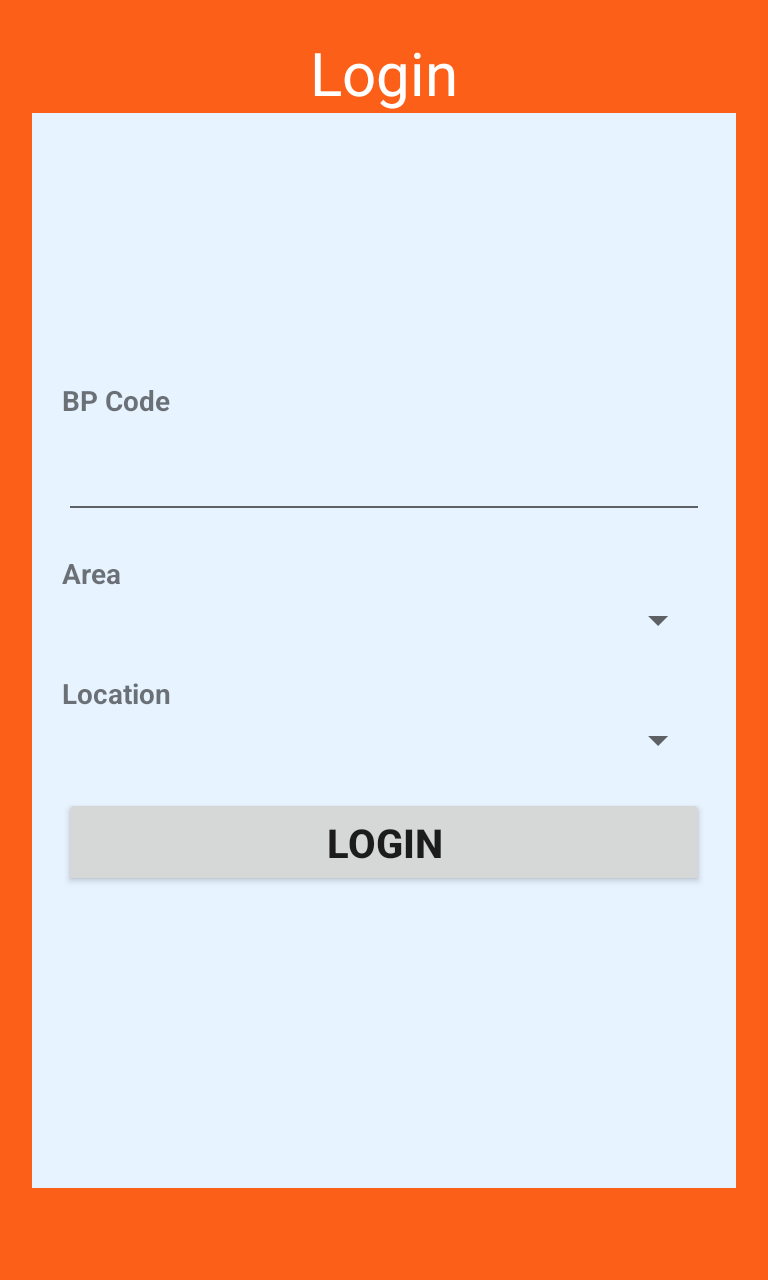
Repository: MushfiqurRahman/BLink3gApp
Layout: 3gExperience/res/layout/fragment_login.xml
The author's editor kept a copy of each file at every save. The layout is drawn from the files as they stood at one save, then again after the next save.
It is drawn on a 768 x 1280 px phone screen (xhdpi) without system bars, with theme AppTheme; the app's code is not run.

Above is the layout before, as saved 2014-05-20 17:38:48.

### 3gExperience/res/layout/fragment_login.xml
<RelativeLayout xmlns:android="http://schemas.android.com/apk/res/android"
    xmlns:tools="http://schemas.android.com/tools"
    android:layout_width="match_parent"
    android:layout_height="match_parent"
    android:paddingBottom="@dimen/activity_vertical_margin"
    android:paddingLeft="@dimen/activity_horizontal_margin"
    android:paddingRight="@dimen/activity_horizontal_margin"
    android:paddingTop="@dimen/activity_vertical_margin"
    android:background="#FC6018"
    tools:context="com.example.gexperience.LoginActivity$PlaceholderFragment" >

    <RelativeLayout
        android:id="@+id/topMain"
        android:layout_width="fill_parent"
        android:layout_height="wrap_content" >

        <TextView
            android:layout_width="wrap_content"
            android:layout_height="wrap_content"
            android:layout_centerInParent="true"
            android:layout_marginLeft="5dip"
            android:text="Login"
            android:textColor="#ffffff"
            android:textSize="30sp" />
    </RelativeLayout>

    <LinearLayout
        android:id="@+id/LinearBottom"
        android:layout_width="fill_parent"
        android:layout_height="30dp"
        android:layout_alignParentBottom="true"
        android:gravity="bottom"
        android:orientation="vertical" >
    </LinearLayout>

    <LinearLayout
        android:id="@+id/layout_login_form"
        android:layout_width="match_parent"
        android:layout_height="match_parent"
        android:layout_above="@id/LinearBottom"
        android:layout_below="@id/topMain"
        android:background="#E7F3FF"
        android:gravity="center"
        android:orientation="vertical"
        android:paddingLeft="15dp"
        android:paddingRight="15dp" >

        <LinearLayout
            android:layout_width="fill_parent"
            android:layout_height="wrap_content"
            android:layout_gravity="left" >

            <TextView
                android:id="@+id/textView3"
                android:layout_width="wrap_content"
                android:layout_height="wrap_content"
                android:layout_marginBottom="2dp"
                android:text="@string/bp_code"
                android:textStyle="bold" />
        </LinearLayout>

        <EditText
            android:id="@+id/etPassword"
            android:layout_width="match_parent"
            android:layout_height="wrap_content"
            android:layout_marginBottom="15dp"
            android:ems="10"
            android:inputType="textPassword"
            android:textSize="25sp" />

        <LinearLayout
            android:layout_width="fill_parent"
            android:layout_height="wrap_content"
            android:layout_gravity="left" >

            <TextView
                android:id="@+id/textView1"
                android:layout_width="wrap_content"
                android:layout_height="wrap_content"
                android:layout_marginBottom="2dp"
                android:text="@string/area"
                android:textStyle="bold" />
        </LinearLayout>

        <Spinner
            android:id="@+id/spnEngineer"
            android:layout_width="match_parent"
            android:layout_height="wrap_content"
            android:layout_marginBottom="15dp"
            android:drawSelectorOnTop="true"
            android:padding="5dp"
            android:spinnerMode="dropdown"
            android:textSize="30sp" />

        <LinearLayout
            android:layout_width="fill_parent"
            android:layout_height="wrap_content"
            android:layout_gravity="left" >

            <TextView
                android:id="@+id/textView2"
                android:layout_width="wrap_content"
                android:layout_height="wrap_content"
                android:layout_marginBottom="2dp"
                android:text="@string/location"
                android:textStyle="bold" />
        </LinearLayout>

        <Spinner
            android:id="@+id/spnCompany"
            android:layout_width="match_parent"
            android:layout_height="wrap_content"
            android:layout_marginBottom="15dp"
            android:padding="5dp"
            android:spinnerMode="dropdown"
            android:textSize="30sp" />

        <Button
            android:id="@+id/btnLogin"
            android:layout_width="match_parent"
            android:layout_height="wrap_content"
            android:layout_marginBottom="15dp"
            android:text="@string/login"
            android:textSize="20sp"
            android:textStyle="bold" />
    </LinearLayout>

</RelativeLayout>

### 3gExperience/res/values/strings.xml
<?xml version="1.0" encoding="utf-8"?>
<resources>

    <string name="app_name">3gExperience</string>
    <string name="hello_world">Hello world!</string>
    <string name="action_settings">Settings</string>
    <string name="title_activity_login">LoginActivity</string>
    <string name="title_activity_survey">SurveyActivity</string>
    <string name="bp_code">BP Code</string>
    <string name="area">Area</string>
    <string name="location">Location</string>
    <string name="login">Login</string>

</resources>

Loaded but not shown: 3gExperience/res/values/styles.xml (common file); 3gExperience/res/values-v11/styles.xml (common file); 3gExperience/res/values-v14/styles.xml (common file); 3gExperience/res/values/dimens.xml (common file); 3gExperience/res/values-w820dp/dimens.xml (common file)

After the next save:
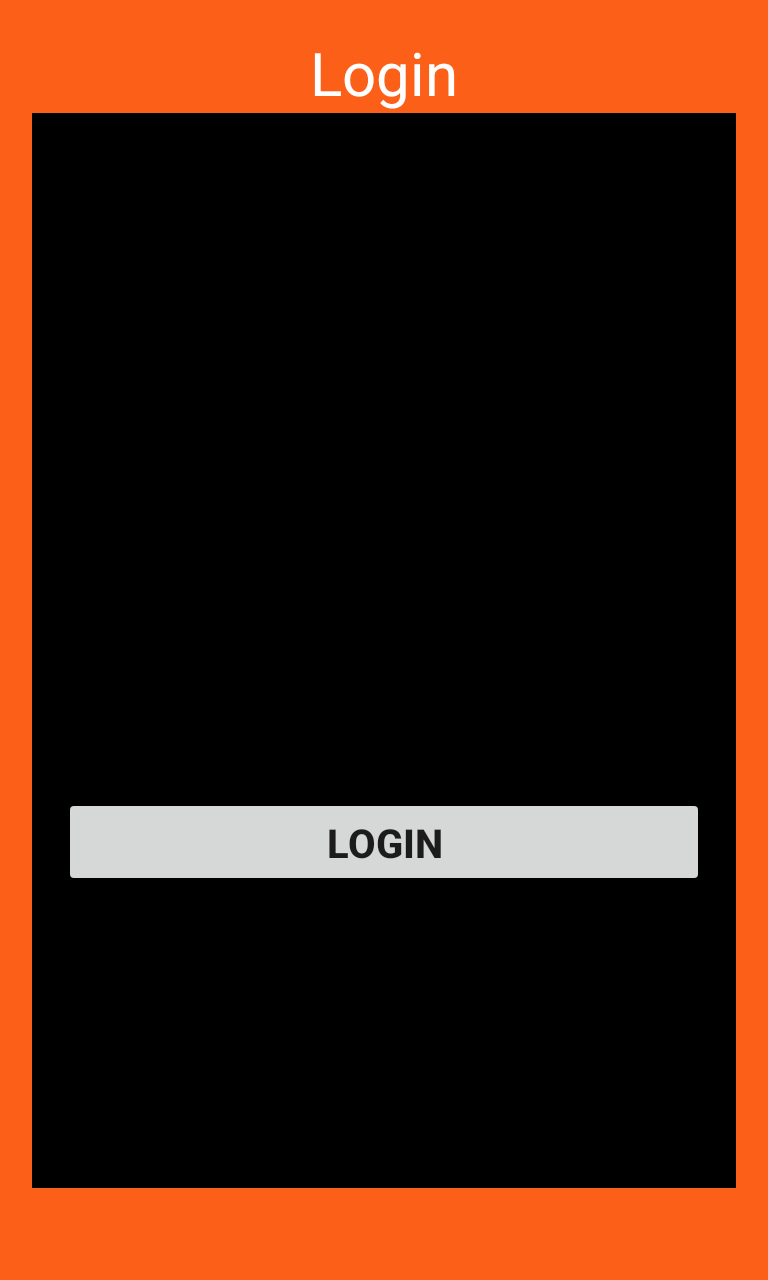
Saved 114 s later.
--- a/3gExperience/res/layout/fragment_login.xml
+++ b/3gExperience/res/layout/fragment_login.xml
@@ -39,7 +39,7 @@
         android:layout_height="match_parent"
         android:layout_above="@id/LinearBottom"
         android:layout_below="@id/topMain"
-        android:background="#E7F3FF"
+        android:background="#000000"
         android:gravity="center"
         android:orientation="vertical"
         android:paddingLeft="15dp"
